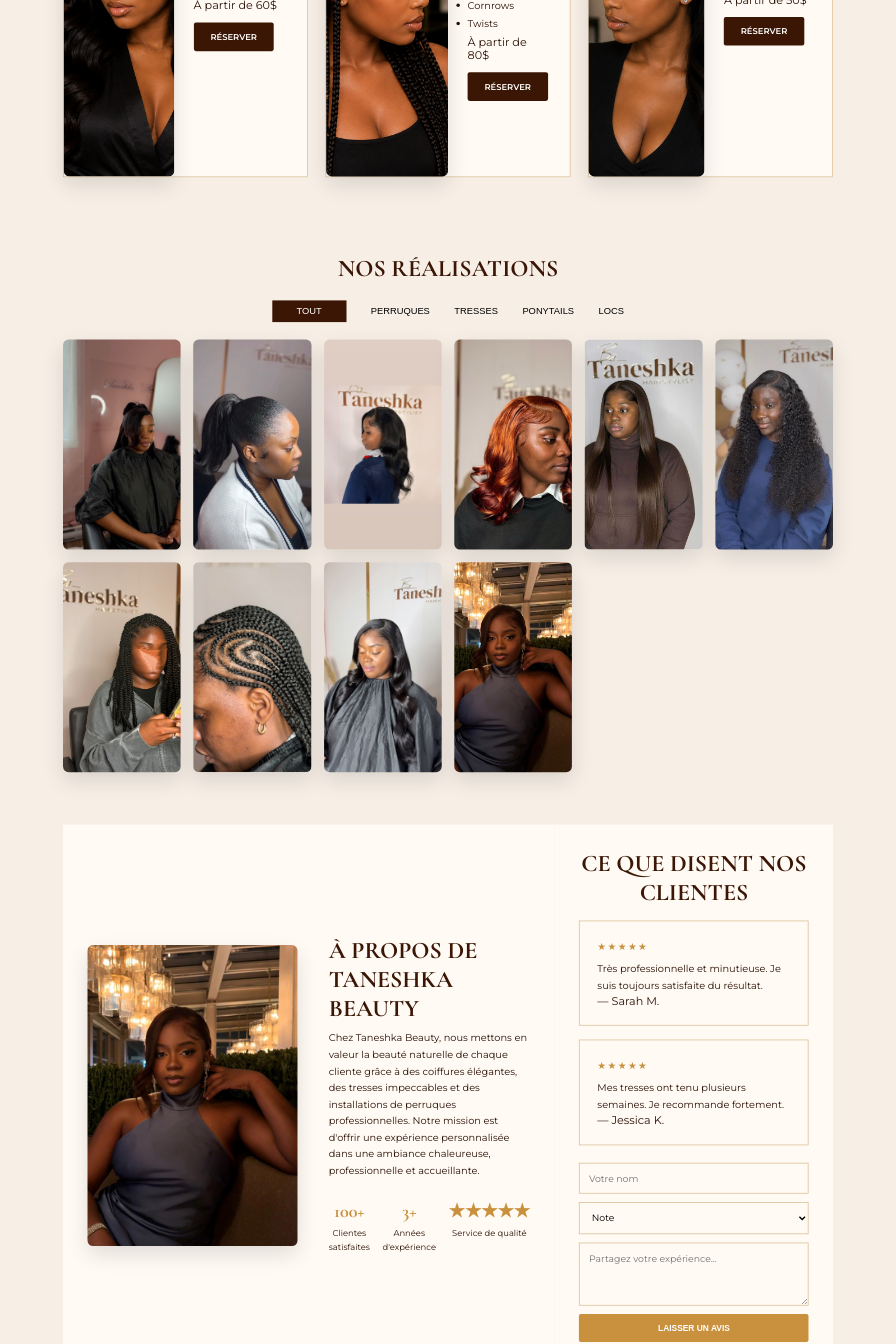
Repository: kngnepi/Taneshka-Beauty-House
Page: index.html
These files come from the project's save history. The page is drawn as it stood at one moment and after the next save; the edit follows.
The browser window is 1280 px wide. The pictures show the part of the page from y = 1143 to 3063 px (the page is 4471 px tall), at 70% of full size.

Above is the page before, as saved 2026-07-05 21:49:55.

After the next save:
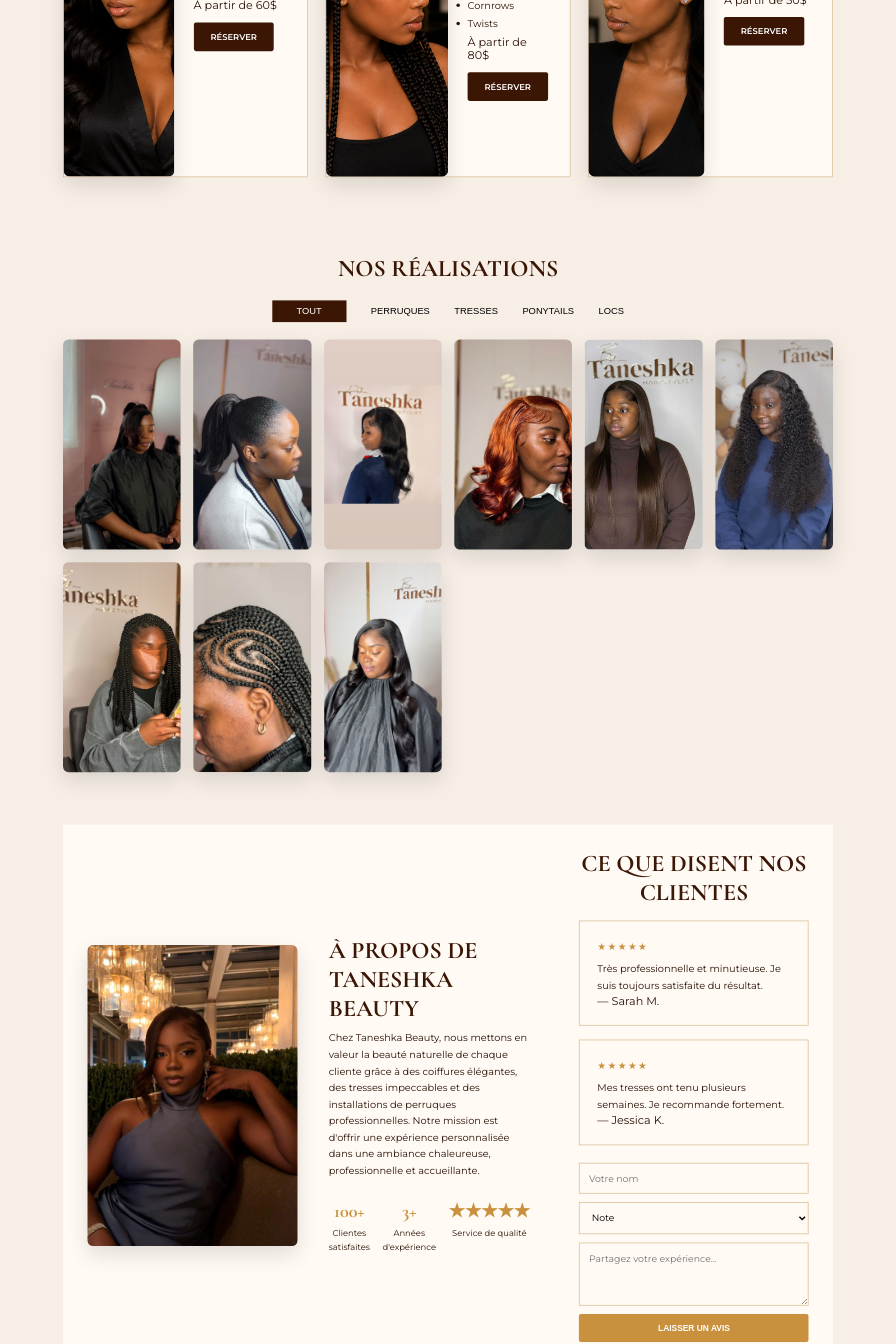
Saved 41 s later.
--- a/index.html
+++ b/index.html
@@ -118,10 +118,10 @@
     <div class="portfolio-item" data-category="perruques"></div>
     <div class="portfolio-item" data-category="perruques"></div>
     <div class="portfolio-item" data-category="perruques"></div>
-    <div class="portfolio-item" data-category="perruques"></div>
+    <div class="portfolio-item" data-category="tressess"></div>
     <div class="portfolio-item" data-category="tresses"></div>
     <div class="portfolio-item" data-category="perruques"></div>
-    <div class="portfolio-item" data-category="tresses"></div>
+
 
 
 
